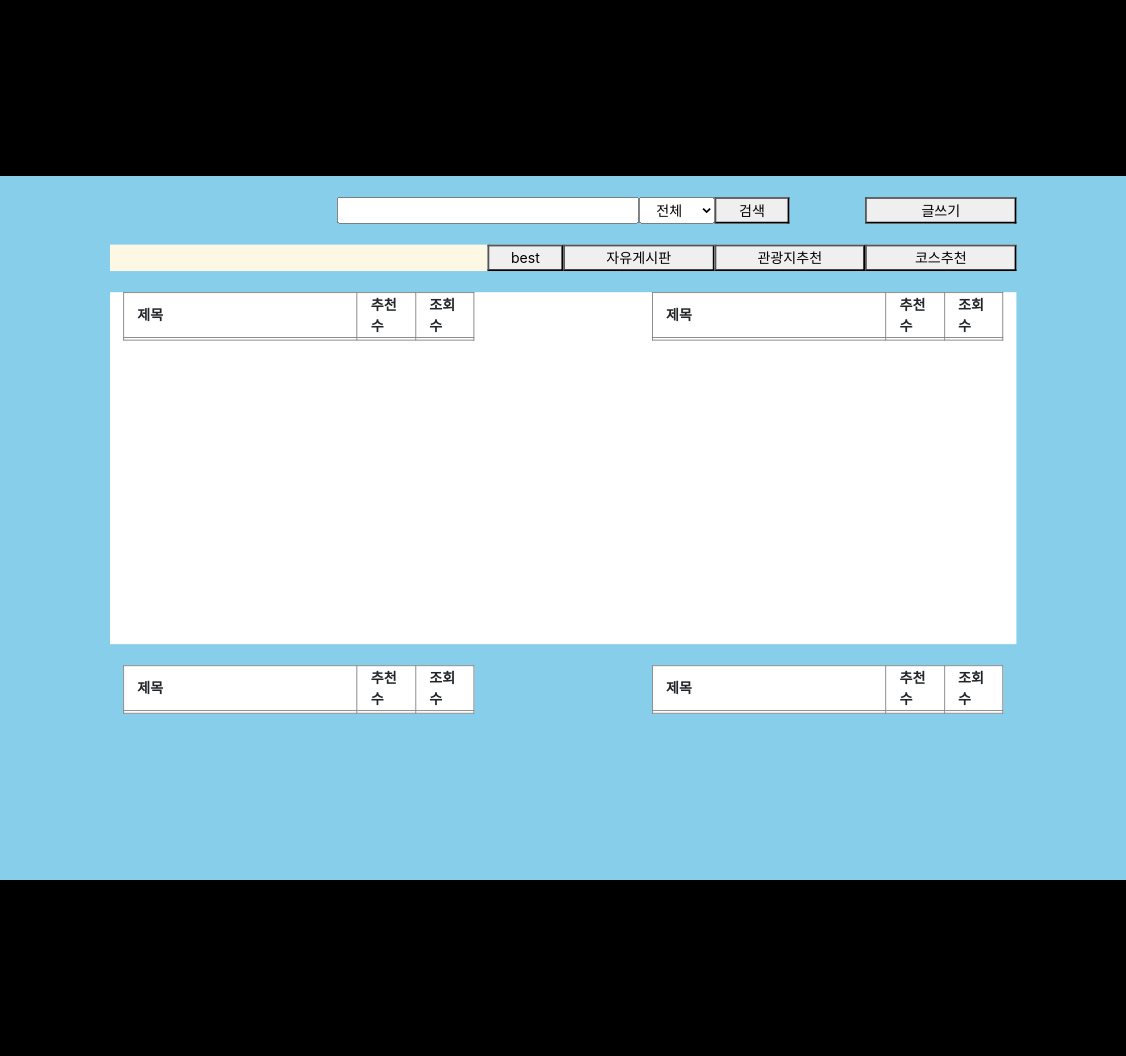
Repository: HJCroCat/project4
Page: http://localhost/koravle/getBoardMain.jsp
An editor plug-in stored every save of this project. The page is shown before and after the next save, followed by the edit.
The browser window is 1280 px wide. The pictures show the whole page, at 88% of full size.
An inner scrolling area shows only its first screen. The page is served by Tomcat 9. Nobody is signed in. The application's start-up code is not run. The template is opened directly, without the code that normally fills it, so the values that code supplies are empty.

Above is the page before, as saved 2021-12-15 07:30:45.

After the next save:
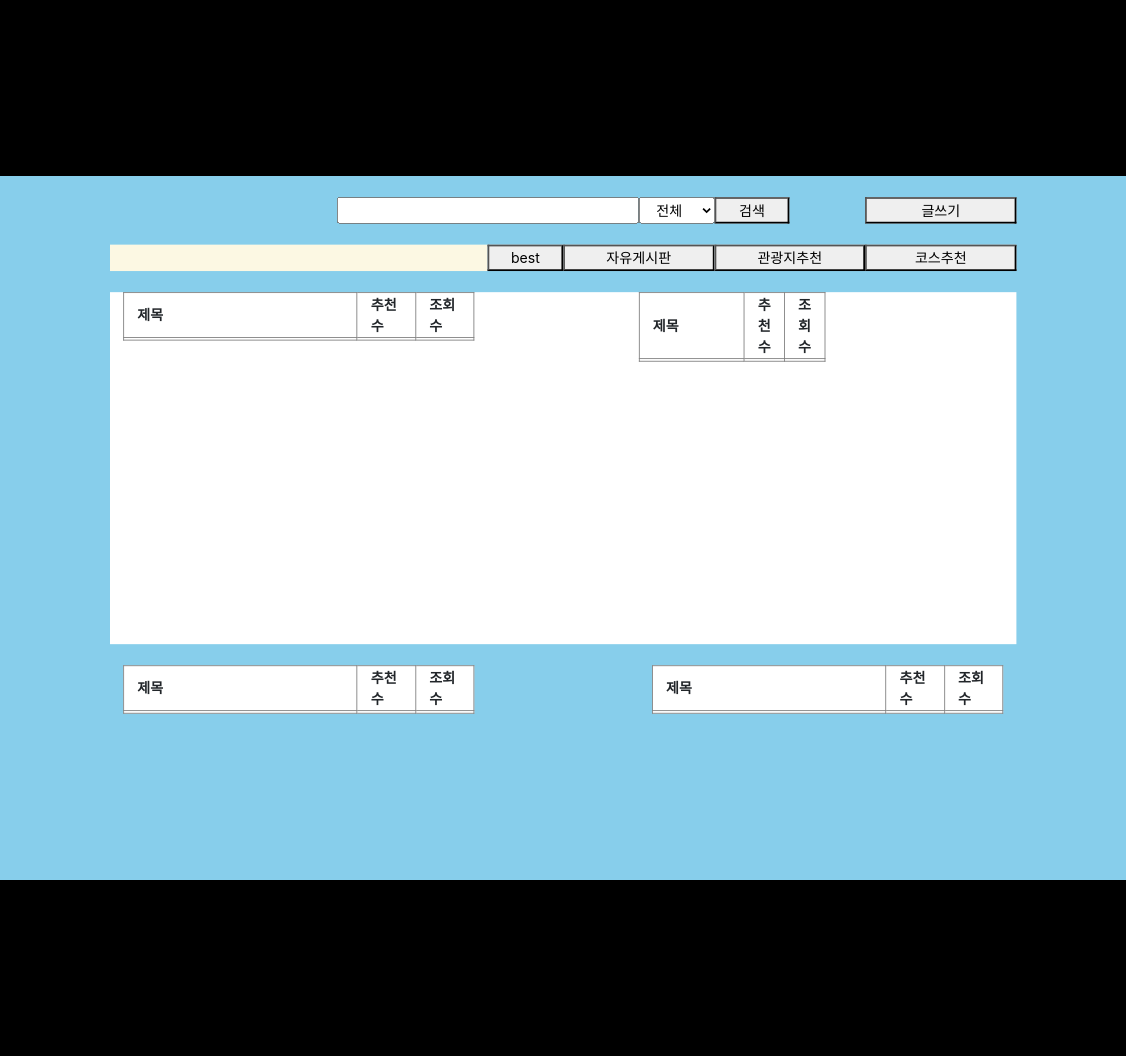
Saved 12 s later.
--- a/koravle/koravle/src/main/webapp/getBoardMain.jsp
+++ b/koravle/koravle/src/main/webapp/getBoardMain.jsp
@@ -89,7 +89,7 @@
 				<tr/>
 			</div>
 
-			<div class="col-5">
+			<div class="col-5; background-color: white;">
 				<div style="background-color: white;">
 					<table class="col-12" border="1">
 						<tr>

After the save that followed:
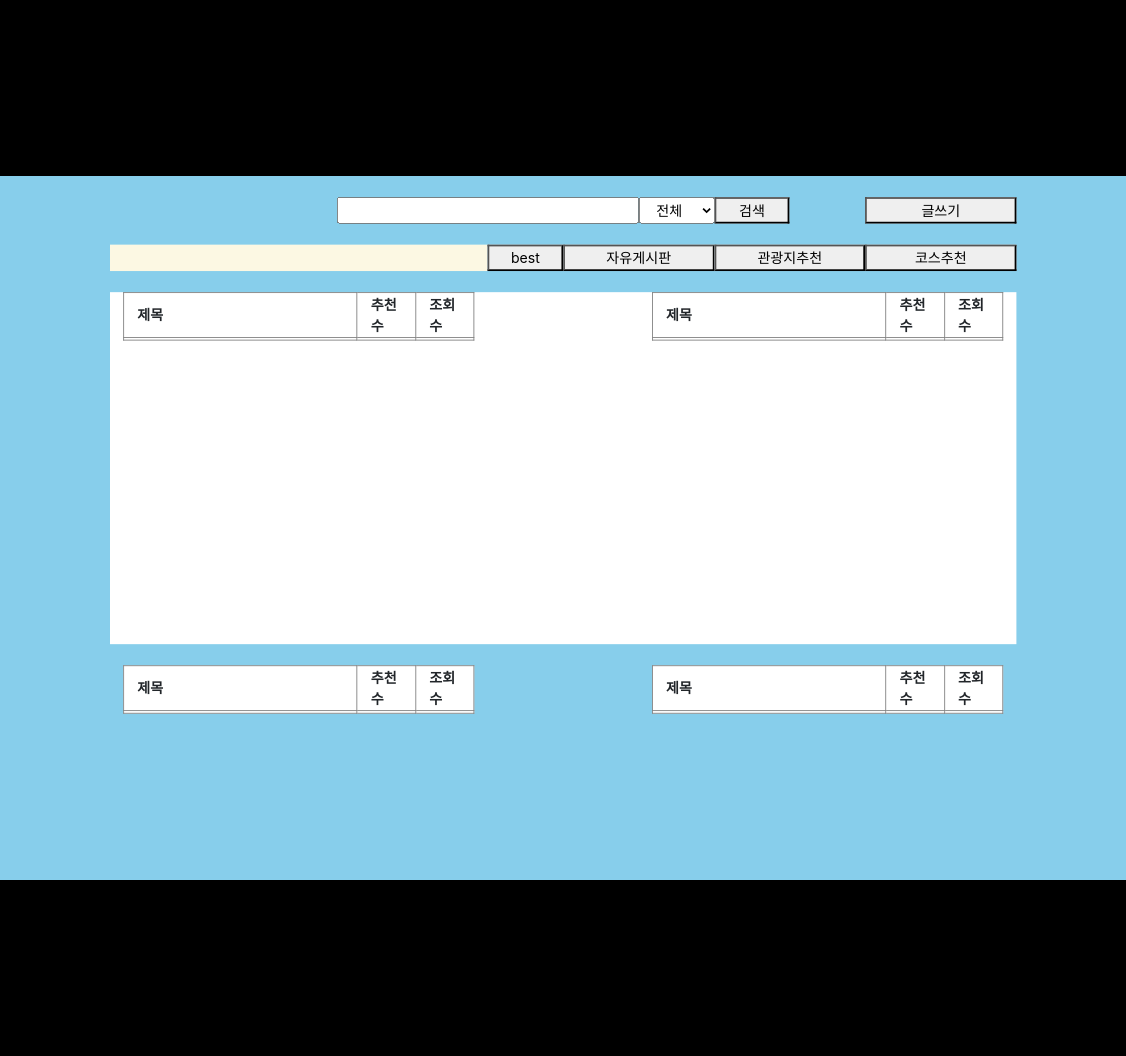
Saved 21 s later.
--- a/koravle/koravle/src/main/webapp/getBoardMain.jsp
+++ b/koravle/koravle/src/main/webapp/getBoardMain.jsp
@@ -89,8 +89,7 @@
 				<tr/>
 			</div>
 
-			<div class="col-5; background-color: white;">
-				<div style="background-color: white;">
+			<div class="col-5">
 					<table class="col-12" border="1">
 						<tr>
 							<th class="col-8" align="center">제목</th>
@@ -103,7 +102,6 @@
 							<td class="col-2">${board.boardReco }</td>
 							<td class="col-2">${board.boardViewCount }</td>
 					</table>
-				</div>
 			</div>
 		</div>
 
